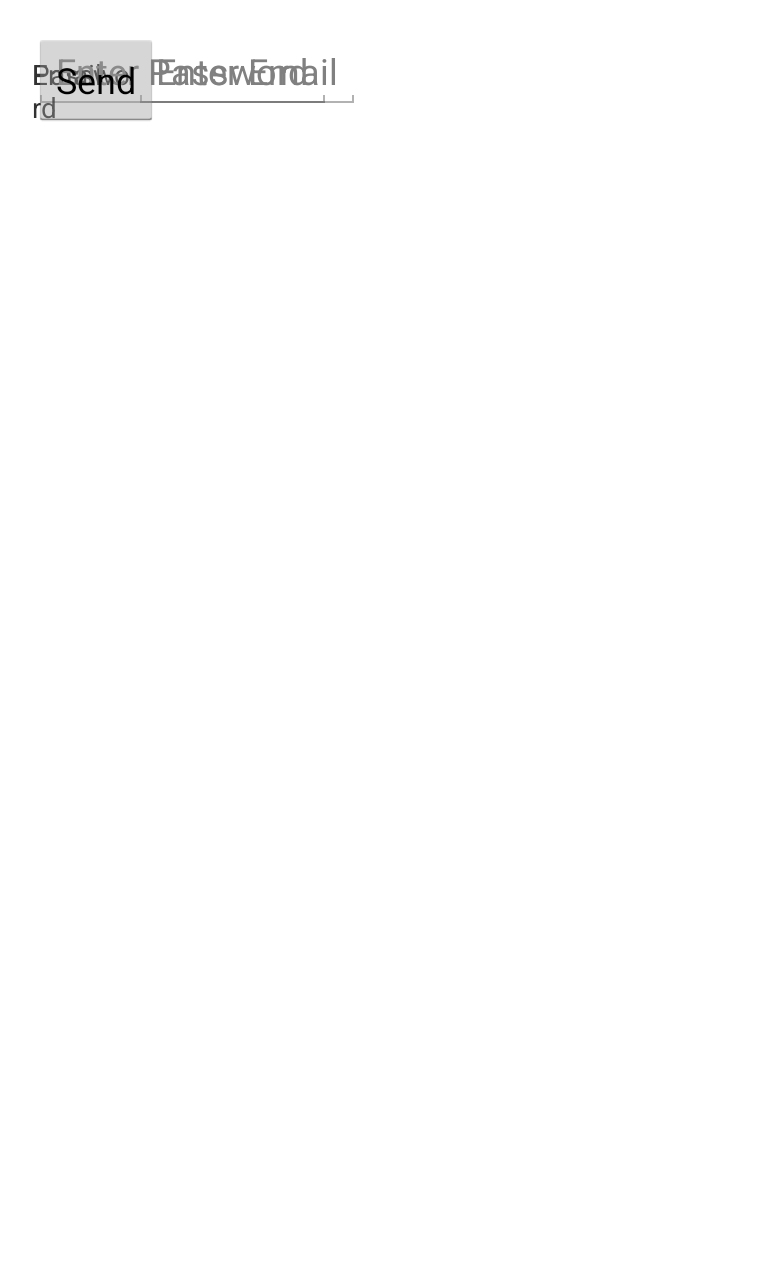
Repository: akhilnambiar/CS186_warmup1
Layout: frontend copy/LoginCounter/res/layout/activity_main.xml
These files come from the project's save history. The layout is drawn as it stood at one moment and after a run of saves; the edit follows.
It is drawn on a 768 x 1280 px phone screen (xhdpi) without system bars, with theme AppTheme; the app's code is not run.

Above is the layout before, as saved 2014-02-19 05:09:08.

### frontend copy/LoginCounter/res/layout/activity_main.xml
<RelativeLayout xmlns:android="http://schemas.android.com/apk/res/android"
    xmlns:tools="http://schemas.android.com/tools"
    android:layout_width="match_parent"
    android:layout_height="match_parent"
    android:paddingBottom="@dimen/activity_vertical_margin"
    android:paddingLeft="@dimen/activity_horizontal_margin"
    android:paddingRight="@dimen/activity_horizontal_margin"
    android:paddingTop="@dimen/activity_vertical_margin"
    android:orientation="horizontal"
    tools:context=".MainActivity" >
    <TextView
       android:id="@+id/tvEmail"
       android:layout_width="50dp"
       android:layout_height="wrap_content"
       android:text="@string/email_tag"
       android:layout_alignBaseline="@+id/edit_message"/>
	<EditText android:id="@+id/edit_message"
        android:layout_width="wrap_content"
        android:layout_height="wrap_content"
        android:hint="@string/email_message"
        android:layout_toRightOf="@+id/tvEmail" />
	<TextView
       android:id="@+id/tvPass"
       android:layout_width="50dp"
       android:layout_height="wrap_content"
       android:text="@string/pass_tag"
       android:layout_alignBaseline="@+id/pass_message"/>
    <EditText android:id="@+id/pass_message"
        android:layout_width="wrap_content"
        android:layout_height="wrap_content"
        android:hint="@string/pass_message" />
    <Button
        android:layout_width="wrap_content"
        android:layout_height="wrap_content"
        android:text="@string/button_send"
        android:onClick="sendMessage"/>
</RelativeLayout>

### frontend copy/LoginCounter/res/values/strings.xml
<?xml version="1.0" encoding="utf-8"?>
<resources>

    <string name="app_name">LoginCounter</string>
    <string name="button_send">Send</string>
    <string name="title_activity_main">Main Activity</string>
    <string name="action_settings">Settings</string>
    <string name="hello_world">Hello world!</string>
    <string name="edit_message">Enter a Message</string>
    <string name="email_message">Enter Email</string>
    <string name="pass_message">Enter Password</string>
    <string name="email_tag">Email</string>
    <string name="pass_tag">Password</string>
    <string name="title_activity_display_message">My Message</string>

</resources>

Loaded but not shown: frontend copy/LoginCounter/res/values/styles.xml (common file); frontend copy/LoginCounter/res/values-v11/styles.xml (common file); frontend copy/LoginCounter/res/values-v14/styles.xml (common file); frontend copy/LoginCounter/res/values/dimens.xml (common file)

After the next 4 saves:
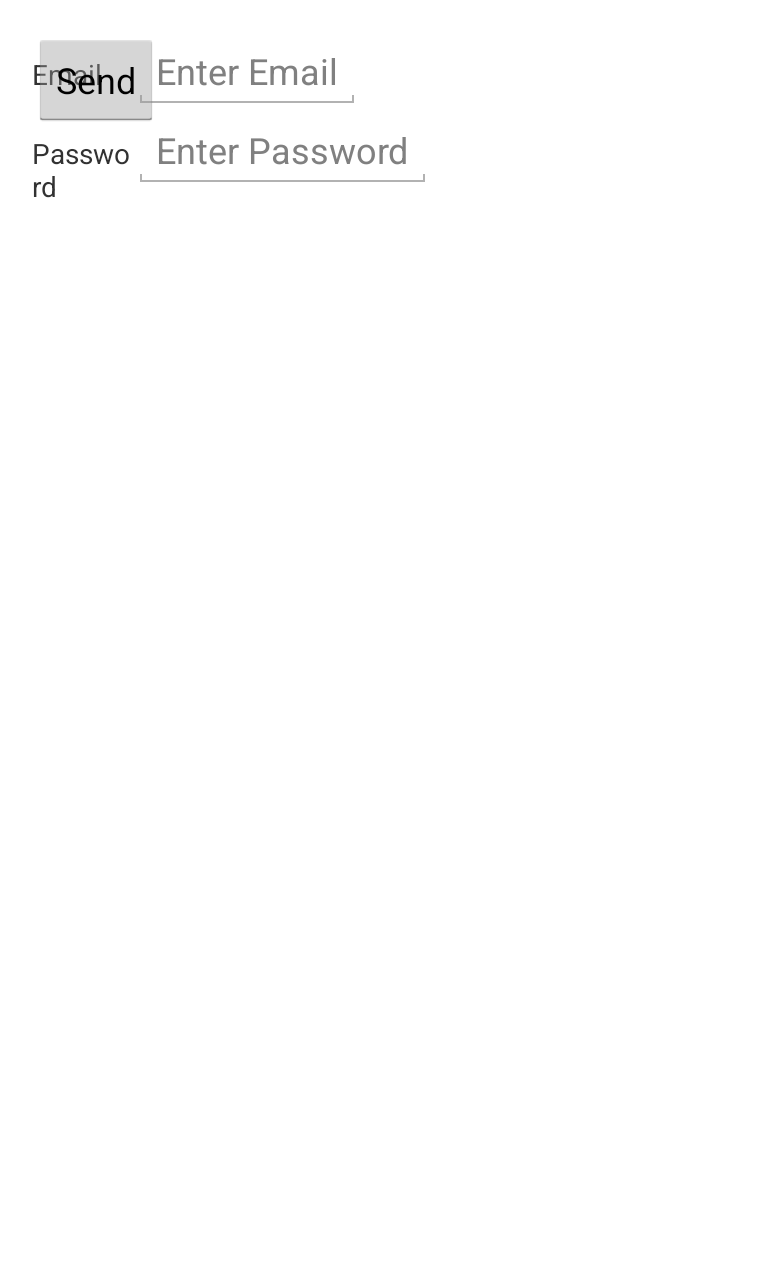
The 4 saves are shown as one change because 3 did not build or start.
The last was saved 2 min 17 s later.
--- a/frontend copy/LoginCounter/res/layout/activity_main.xml
+++ b/frontend copy/LoginCounter/res/layout/activity_main.xml
@@ -28,7 +28,9 @@
     <EditText android:id="@+id/pass_message"
         android:layout_width="wrap_content"
         android:layout_height="wrap_content"
-        android:hint="@string/pass_message" />
+        android:hint="@string/pass_message"
+        android:layout_toRightOf="@+id/tvPass"
+        android:layout_below="@+id/edit_message" />
     <Button
         android:layout_width="wrap_content"
         android:layout_height="wrap_content"
